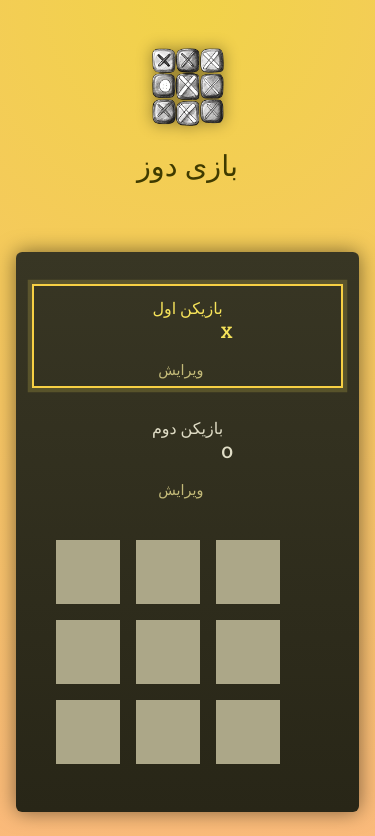
Repository: H-ala/react-tic-toc-toe
Page: /
The author's editor kept a copy of each file at every save. The page is drawn from the files as they stood at one save, then again after a run of saves.
The browser window is 375 px wide. The pictures show the whole page.
Some web fonts or font styles are not loaded; a fallback is used. The project was rebuilt for these pictures with package versions that can differ from the ones it lists, and the page was loaded fresh each time. Also part of the build but not shown: vite.config.js, src/components/GameOver.jsx.

Above is the page before, as saved 2025-10-21 18:02:06.

After the next 2 saves:
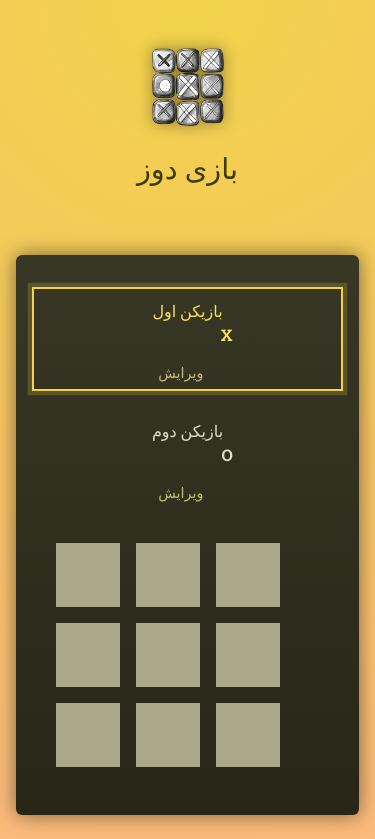
The 2 saves are shown as one change because they came seconds apart.
The last was saved 10 s later.
--- a/src/index.css
+++ b/src/index.css
@@ -381,7 +381,6 @@ h1 {
 @media (max-width: 480px) {
   body {
     background-size: cover;
-    font-size: 20%;
   }
 
   header img {
